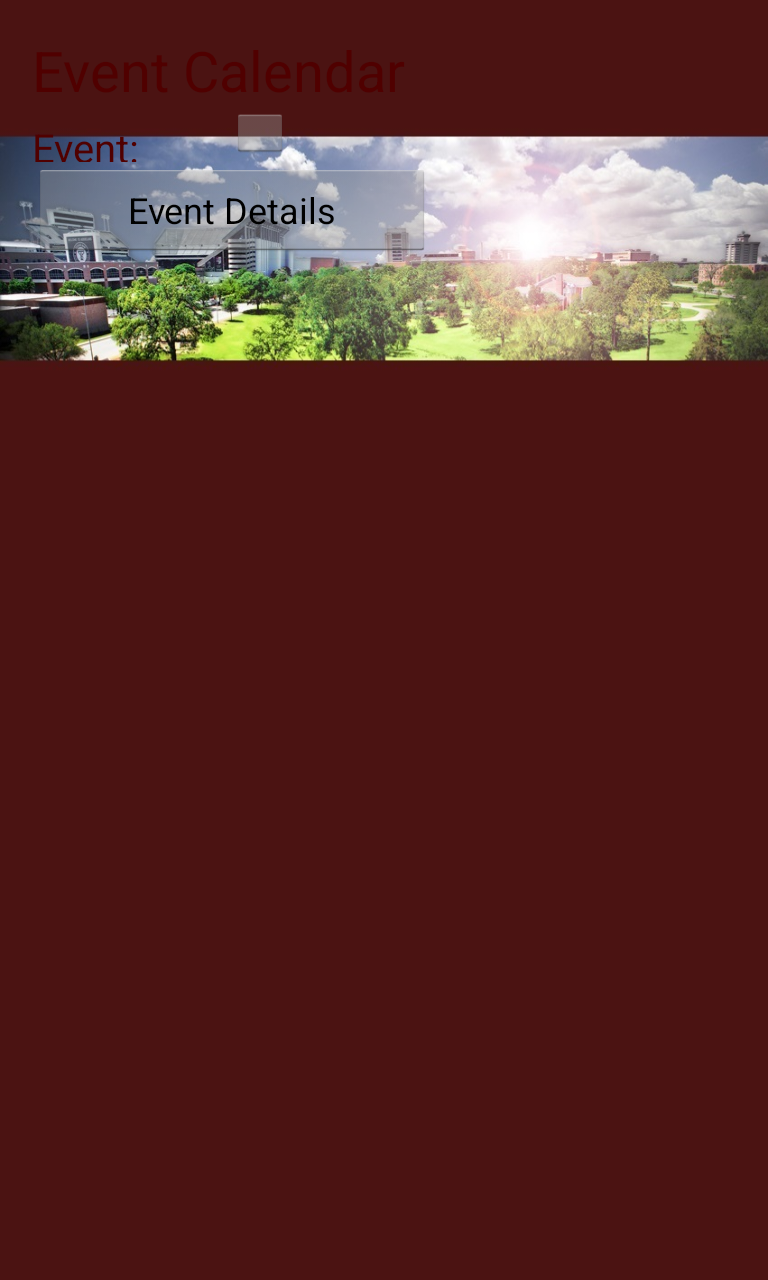
Repository: jannelg92/ANDROIDAPP
Layout: GEOINNOVATION/TAMUgis-dayEvents/res/layout/f_event_details.xml
An editor plug-in stored every save of this project. The layout is shown before and after the next save, followed by the edit.
It is drawn on a 768 x 1280 px phone screen (xhdpi) without system bars, with theme AppTheme; the app's code is not run.

Above is the layout before, as saved 2014-04-19 01:42:07.

After the next save:
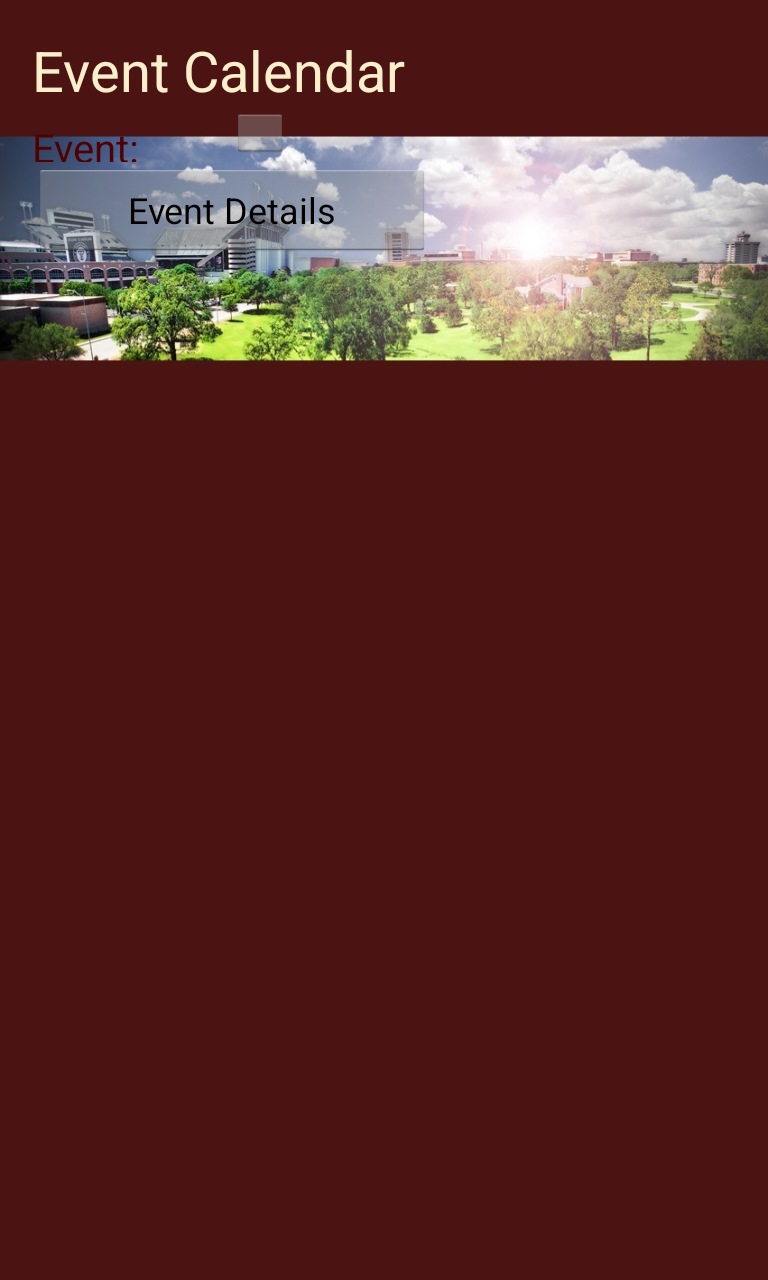
Saved 27 s later.
--- a/GEOINNOVATION/TAMUgis-dayEvents/res/layout/f_event_details.xml
+++ b/GEOINNOVATION/TAMUgis-dayEvents/res/layout/f_event_details.xml
@@ -16,7 +16,7 @@
         android:layout_height="wrap_content"
         android:drawablePadding="10dp"
         android:text="@string/calendar"
-        android:textColor="#500000"
+        android:textColor="@color/background"
         android:textSize="@dimen/big_text" />
 		<LinearLayout
 		    android:layout_width="match_parent"
